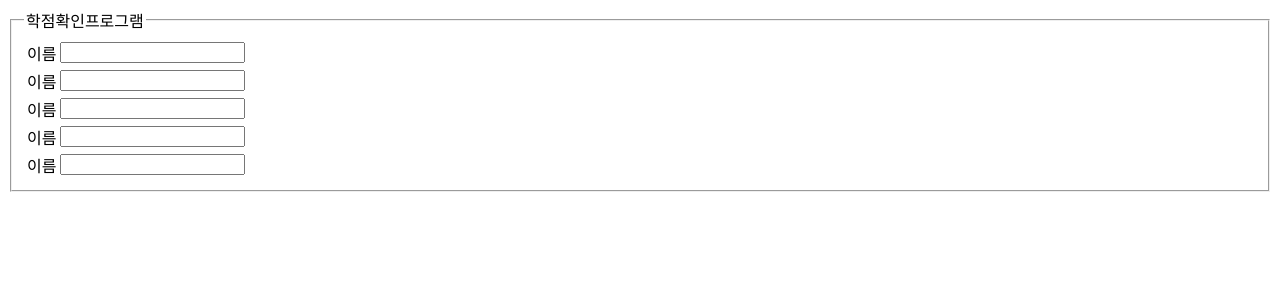
Repository: songhak1226/Web_Server
Page: Ex04Object/src/main/webapp/Ex01Request.html
The author's editor kept a copy of each file at every save. The page is drawn from the files as they stood at one save, then again after the next save.
The browser window is 1280 px wide. The pictures show the whole page.

Above is the page before, as saved 2023-05-16 07:11:12.

After the next save:
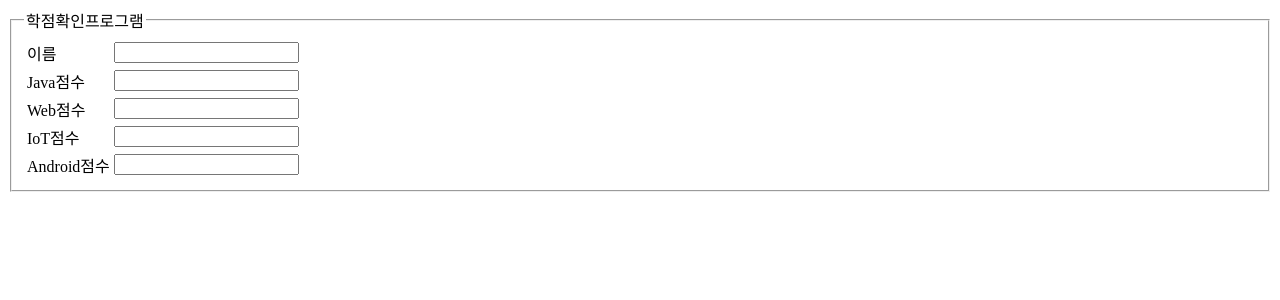
Saved 89 s later.
--- a/Ex04Object/src/main/webapp/Ex01Request.html
+++ b/Ex04Object/src/main/webapp/Ex01Request.html
@@ -14,20 +14,20 @@
 					<td><input type="text" name="name"></td>
 				</tr>
 				<tr>
-					<td>이름</td>
-					<td><input type="text" name="name"></td>
+					<td>Java점수</td>
+					<td><input type="text" name="Java"></td>
 				</tr>
 				<tr>
-					<td>이름</td>
-					<td><input type="text" name="name"></td>
+					<td>Web점수</td>
+					<td><input type="text" name="Web"></td>
 				</tr>
 				<tr>
-					<td>이름</td>
-					<td><input type="text" name="name"></td>
+					<td>IoT점수</td>
+					<td><input type="text" name="iot"></td>
 				</tr>
 				<tr>
-					<td>이름</td>
-					<td><input type="text" name="name"></td>
+					<td>Android점수</td>
+					<td><input type="text" name="and"></td>
 				</tr>
 			</table>
 		</form>
